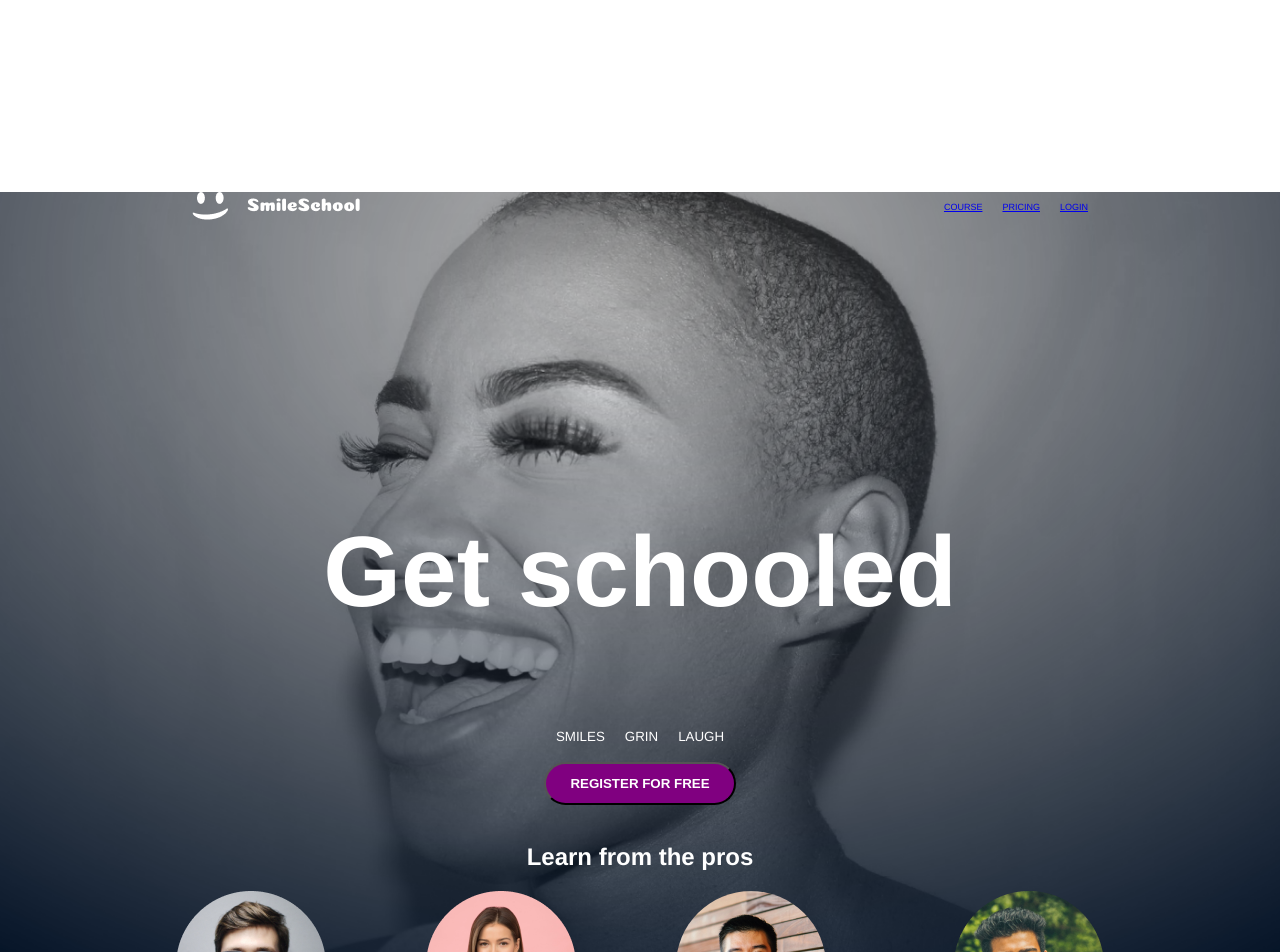
Repository: mwihakiann/alx_html_css
Page: css_advanced/index.html
These files come from the project's save history. The page is drawn as it stood at one moment and after the next save; the edit follows.
The browser window is 1280 px wide. The pictures show the part of the page from y = 0 to 952 px (the page is 3947 px tall before and 3943 px after).
A picture or video elsewhere on the page could not be fetched, so the positions and the page height are approximate. Some web libraries are served in a nearby version.

Above is the page before, as saved 2025-09-28 18:45:52.

After the next save:
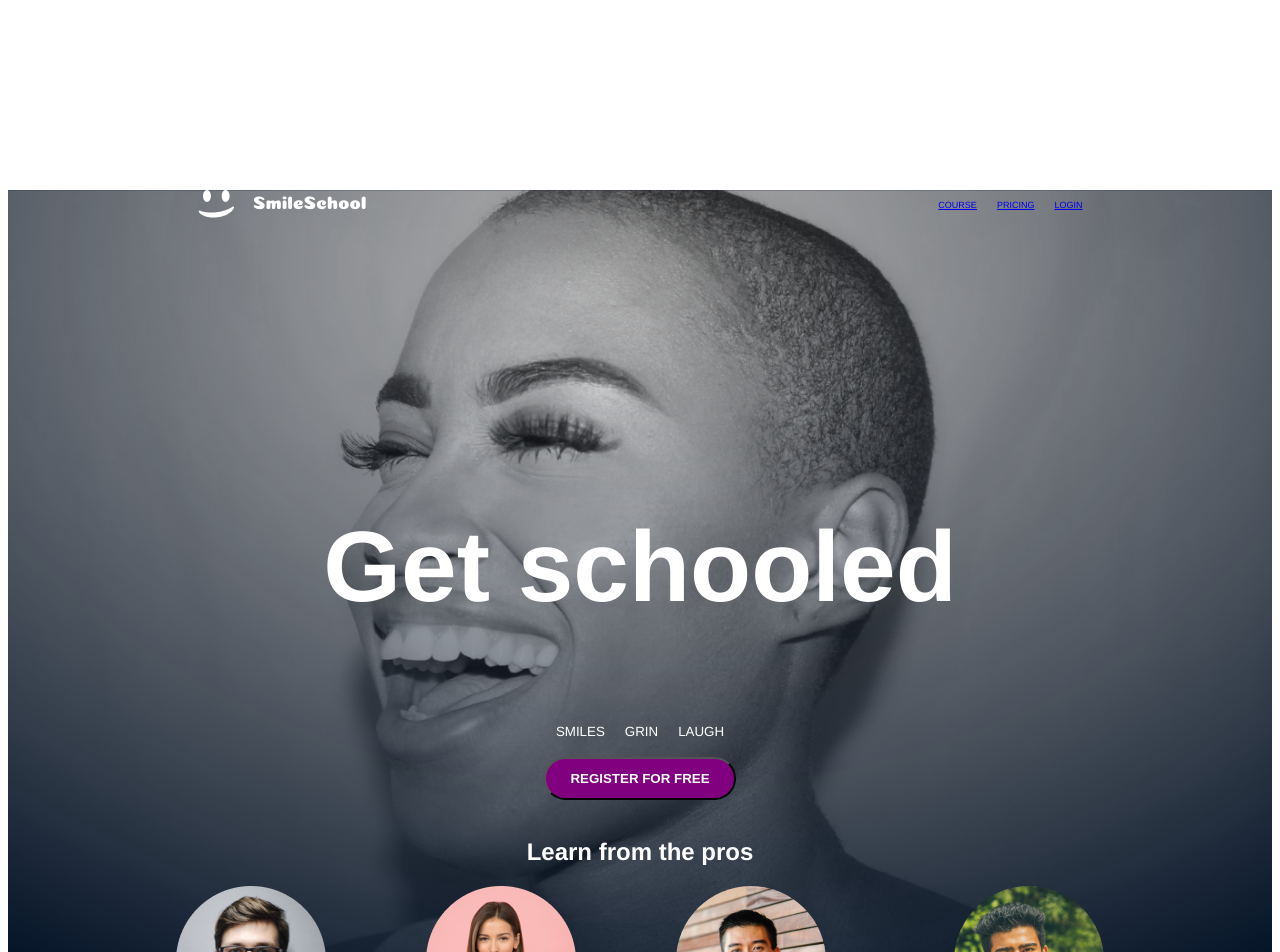
Saved 96 s later.
--- a/css_advanced/styles.css
+++ b/css_advanced/styles.css
@@ -1,6 +1,6 @@
 body{
     color: white;
-    margin: 0;
+    margin-top: 0;
     padding: 0;
     font-family: 'Franklin Gothic Medium', 'Arial Narrow', Arial, sans-serif;
 }
